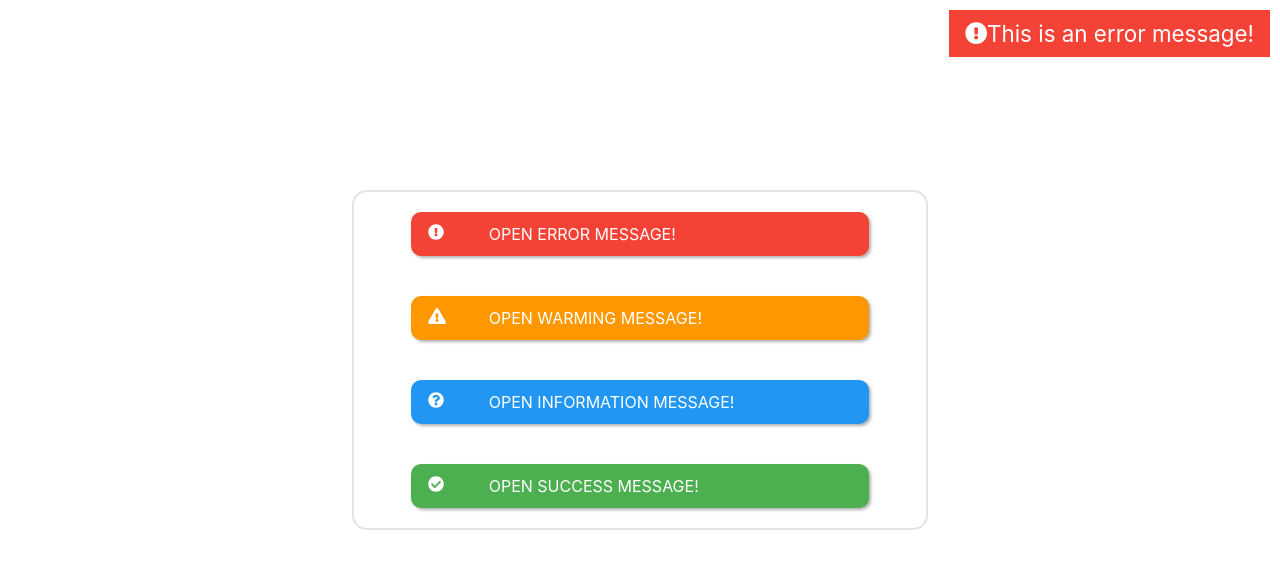
Repository: KrzysKolo/sr_tydzien5_zad2
Page: /, after clicking the first element matching `div.btn`
These files come from the project's save history. The page is drawn as it stood at one moment and after the next save; the edit follows.
The browser window is 1280 px wide. The pictures show the whole page.
The project was rebuilt for these pictures with package versions that can differ from the ones it lists, and the page was loaded fresh each time.

Above is the page before, as saved 2020-12-28 04:41:29.

### public/index.html
<!DOCTYPE html>
<html lang="en">
  <head>
    <meta charset="utf-8" />
    <link rel="icon" href="%PUBLIC_URL%/favicon.ico" />
    <meta name="viewport" content="width=device-width, initial-scale=1" />
    <meta name="theme-color" content="#000000" />
    <meta
      name="description"
      content="Web site created using create-react-app"
    />
    <link rel="apple-touch-icon" href="%PUBLIC_URL%/logo192.png" />
    <!--
      manifest.json provides metadata used when your web app is installed on a
      user's mobile device or desktop. See https://developers.google.com/web/fundamentals/web-app-manifest/
    -->
    <link rel="manifest" href="%PUBLIC_URL%/manifest.json" />
    <!--
      Notice the use of %PUBLIC_URL% in the tags above.
      It will be replaced with the URL of the `public` folder during the build.
      Only files inside the `public` folder can be referenced from the HTML.

      Unlike "/favicon.ico" or "favicon.ico", "%PUBLIC_URL%/favicon.ico" will
      work correctly both with client-side routing and a non-root public URL.
      Learn how to configure a non-root public URL by running `npm run build`.
    -->
    <title>Zad 2 - snackbar</title>
  </head>
  <body>
    <noscript>You need to enable JavaScript to run this app.</noscript>
    <div id="root"></div>
    <!--
      This HTML file is a template.
      If you open it directly in the browser, you will see an empty page.

      You can add webfonts, meta tags, or analytics to this file.
      The build step will place the bundled scripts into the <body> tag.

      To begin the development, run `npm start` or `yarn start`.
      To create a production bundle, use `npm run build` or `yarn build`.
    -->
  </body>
</html>

### src/App.js
import React from 'react';
import Buttons from './components/Buttons';
import './App.css';
const App = () => {
  return (
    <div className="wrapper--btn">
      <Buttons />
    </div>
  )
}

export default App;

### src/components/Buttons.js
import React from 'react';
import ButtonsData from './../data/ButtonsData';
import Button from './Button';


const Buttons = () => {

    return (
        <>
            {ButtonsData.map(button =>
                <Button key={button.id} data={button} />
            )}

        </>
    )
}

export default Buttons;

### src/App.css
* {
  box-sizing: border-box;
  margin: 0;
}
body {
  width: 100vw;
  height: 100vh;
  display: flex;
  flex-direction: row;
  justify-content: center;
  align-items: center;
}
.wrapper--btn {
  border: 2px solid #e3e3e3;
  border-radius: 15px;
  width: 45vw;
  display: flex;
  flex-direction: column;
  justify-content: center;
  align-items: center;
}
.btn {
  border-radius: 10px;
  color: rgb(240, 239, 244);
  cursor: pointer;
  outline: none;
  padding: 10px 15px;
  margin: 20px;
  width: 80%;
  display: grid;
  grid-template-columns: 0.5fr 3fr;
  box-shadow: 2px 2px 3px rgba(102, 102, 102, 0.5);
  transition: all 0.3s ease-in-out;
}
.snackbar {
  font-size: 1.4rem;
  padding: 10px 16px;
}
.error {
  color: white;
  background: rgb(244, 67, 54);
}

.success {
  color: rgb(124, 0, 0);
  background: rgb(76, 175, 80);
}
.information {
  color: yellow;
  background: rgb(33, 150, 243);
}

.warning {
  background: rgb(255, 152, 0);
  color: black;
}
.top-right {
  position: absolute;
  top: 10px;
  right: 10px;
}
.center-bottom {
  position: absolute;
  bottom: 10px;
  left: calc(100vw-50%);
}
.center-left {
  position: absolute;
  top: 25vh;
  left: 10px;
}
.bottom-right {
  position: absolute;
  bottom: 10px;
  right: 10px;
}

### src/data/ButtonsData.js
const ButtonsData = [
    {
      id: 0,
      name: "OPEN ERROR MESSAGE!",
      color: "rgb(244, 67, 54)",
      icon: "faExclamationCircle",
      type: "error",
      message: "This is an error message!",
      position: "top-right",
    },
    {
      id: 1,
      name: "OPEN WARMING MESSAGE!",
      color: "rgb(255, 152, 0)",
      icon: "faExclamationTriangle",
      type: "warning",
      message: "This is a warning message!",
      position: "center-bottom",
    },
    {
      id: 2,
      name: "OPEN INFORMATION MESSAGE!",
      color: "rgb(33, 150, 243)",
      icon: "faQuestionCircle",
      type: "information",
      message: "This is an information message!",
      position:"center-left",
    },
    {
      id: 3,
      name: "OPEN SUCCESS MESSAGE!",
      color: "rgb(76, 175, 80)",
      icon: "faCheckCircle",
      type: "success",
      message: "This is a success message!",
      position: "bottom-right",
    },

  ]
 export default ButtonsData;

### src/components/Button.js
import React, { useState } from 'react';
import Icons from './Icons';
import Snackbar from './Snackbar';


const Button = ({data } ) => {

    const [isHover, setIsHover] = useState(false);
    const OutStyle = {
        border: `2px solid ${data.color}`,
        background: data.color,
        color: "#fff",
      };

      const OverStyle = {
        border: `2px solid ${data.color}`,
        backgroundColor: "#fff",
        color: data.color,

      };
    const [shownSnackbar, setShownSnackbar] = useState(false);
    const handleClick = () => {

        setShownSnackbar(true);

    };
    return (
        <>

        <div className="btn"
        /* onClick={() => switchFunction(event)} */
        onClick={handleClick}
        style={isHover ? OverStyle : OutStyle}
        onMouseOver={() => setIsHover(true)}
        onMouseOut={() => setIsHover(false)}>
            <Icons icon={data.icon}/>
             {data.name}
        </div>
        {shownSnackbar && <Snackbar type={data.type} position={data.position} message={data.message} icon={data.icon} />}
        </>
    )
}

export default Button;

### src/components/Icons.js
import React from 'react';
import { FontAwesomeIcon } from '@fortawesome/react-fontawesome';
import { faCheckCircle, faQuestionCircle, faExclamationTriangle, faExclamationCircle } from '@fortawesome/free-solid-svg-icons';

const Icons = ({icon}) => {

        switch (icon) {
            case 'faExclamationCircle': return <FontAwesomeIcon icon={faExclamationCircle} />;
            case 'faExclamationTriangle': return <FontAwesomeIcon icon={faExclamationTriangle} />;
            case 'faQuestionCircle': return <FontAwesomeIcon icon={faQuestionCircle} />;
            case 'faCheckCircle': return <FontAwesomeIcon icon={faCheckCircle} />;
            default: return null;
            }



}

export default Icons;

### src/components/Snackbar.js
import React from 'react';
import Icons from './Icons';
const Snackbar = ({type, message, icon, position}) => {
    return (
        <div className={`snackbar ${type} ${position}`}>
           <Icons icon={icon} />{message}
        </div>
    )
}

export default Snackbar

Loaded but not shown: src/index.js (common file); src/index.css (common file)

After the next save:
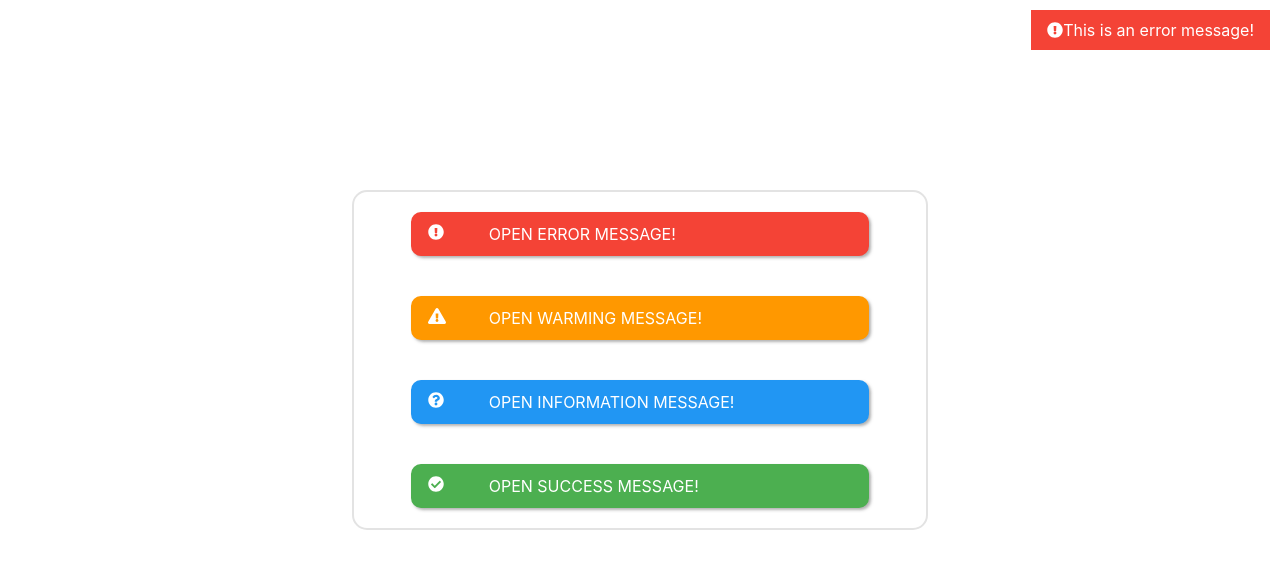
Saved 90 s later.
--- a/src/App.css
+++ b/src/App.css
@@ -33,7 +33,7 @@ body {
   transition: all 0.3s ease-in-out;
 }
 .snackbar {
-  font-size: 1.4rem;
+  font-size: 1rem;
   padding: 10px 16px;
 }
 .error {
